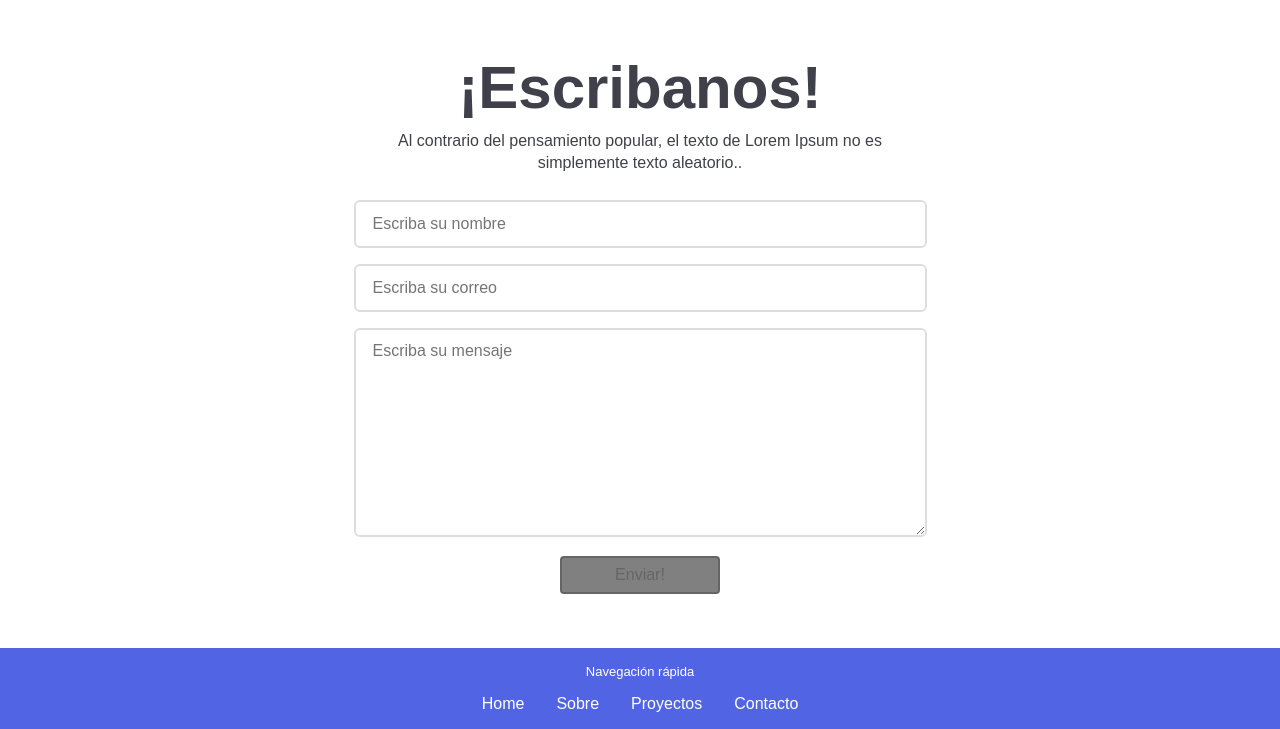
Repository: robsonmarkes/accesibilidad
Page: index.html
The author's editor kept a copy of each file at every save. The page is drawn from the files as they stood at one save, then again after the next save.
The browser window is 1280 px wide. The pictures show the part of the page from y = 1369 to 2098 px (the page is 2098 px tall).
A picture or video elsewhere on the page could not be fetched, so the positions and the page height are approximate.

Above is the page before, as saved 2022-10-11 16:29:42.

### index.html
<!DOCTYPE html>
<html lang="en">
<head>
    <meta charset="UTF-8">
    <meta http-equiv="X-UA-Compatible" content="IE=edge">
    <meta name="viewport" content="width=device-width, initial-scale=1.0">
    <title>Mi empresa portal</title>
    <link rel="stylesheet" href="style.css">
</head>
<body>
    <!-- wrong way -->
    <div class="wrap">
        <div class="header">
            <a href="http://google.com" class="logo">
                <img src="https://www.pngarts.com/files/3/Logo-PNG-Transparent-Image.png" alt="" srcset="">
            </a>
            <ul>
                <li>
                    <a href="#" target="_blank" rel="noopener noreferrer">Home</a>
                </li>
                <li>
                    <a href="#" target="_blank" rel="noopener noreferrer">Proyectos</a>
                </li>
                <li>
                    <a href="#" target="_blank" rel="noopener noreferrer">Contacto</a>
                </li>
            </ul>
        </div>
        <div class="content">
            <div class="article">
                <h1>Bienvenido!</h1>
                <p>
                    Lorem Ipsum es simplemente el texto de relleno de las imprentas y archivos de texto. Lorem Ipsum ha sido el texto de relleno estándar de las industrias desde el año 1500, cuando un impresor (N. del T. persona que se dedica a la imprenta) desconocido usó una galería de textos y los mezcló de tal manera que logró hacer un libro de textos especimen. No sólo sobrevivió 500 años, sino que tambien ingresó como texto de relleno en documentos electrónicos, quedando esencialmente igual al original. Fue popularizado en los 60s con la creación de las hojas "Letraset", las cuales contenian pasajes de Lorem Ipsum, y más recientemente con software de autoedición, como por ejemplo Aldus PageMaker, el cual incluye versiones de Lorem Ipsum.
                </p>
                <div class="buttons">
                    <button class="primary">Empezar!</button>
                    <button class="secondary">Contacto</button>
                </div>
            </div>
            <hr />
            <div class="article">
                <div>
                    <h1>Nuestra empresa</h1>
                    <p>
                        Es un hecho establecido hace demasiado tiempo que un lector se distraerá con el contenido del texto de un sitio mientras que mira su diseño. El punto de usar Lorem Ipsum es que tiene una distribución más o menos normal de las letras, al contrario de usar textos como por ejemplo "Contenido aquí, contenido aquí". Estos textos hacen parecerlo un español que se puede leer. Muchos paquetes de autoedición y editores de páginas web usan el Lorem Ipsum como su texto por defecto, y al hacer una búsqueda de "Lorem Ipsum" va a dar por resultado muchos sitios web que usan este texto si se encuentran en estado de desarrollo. Muchas versiones han evolucionado a través de los años, algunas veces por accidente, otras veces a propósito (por ejemplo insertándole humor y cosas por el estilo).
                    </p>
                </div>
                <img src="https://cdn-dynmedia-1.microsoft.com/is/image/microsoftcorp/O2019-Hero-image-x2:VP1-539x440?resMode=sharp2&op_usm=1.5,0.65,15,0&wid=1920&hei=720&qlt=75&fit=constrain" alt="">
            </div>
            <hr />
            <div class="article">
                <h1>¡Escribanos!</h1>
                <p>
                    Al contrario del pensamiento popular, el texto de Lorem Ipsum no es simplemente texto aleatorio..
                </p>
                <form action="">
                    <fieldset>
                        <legend>En formulário de ejemplo</legend>
                        <div class="form-group">
                            <label for="name">nombre:</label>
                            <input type="text" name="name" id="name" placeholder="Escriba su nombre">
                            <span class="validator hidden" id="validate-name"></span>
                        </div>
                        <div class="form-group">
                            <label for="email">correo:</label>
                            <input type="text" name="email" id="email" placeholder="Escriba su correo">
                            <span class="validator hidden" id="validate-email"></span>
                        </div>
                        <div class="form-group">
                            <label for="message">mensaje:</label>
                            <textarea name="message" id="message" cols="30" rows="10" placeholder="Escriba su mensaje"></textarea>
                            <span class="validator hidden" id="validate-message"></span>
                        </div>
                        <button id="send-message" disabled>Enviar!</button>
                    </fieldset>
                </form>
            </div>
        </div>
        <div class="footer">
            <span>Navegación rápida</span>
            <ul>
                <li>
                    <a href="#" target="_blank" rel="noopener noreferrer">Home</a>
                </li>
                <li>
                    <a href="#" target="_blank" rel="noopener noreferrer">Sobre</a>
                </li>
                <li>
                    <a href="#" target="_blank" rel="noopener noreferrer">Proyectos</a>
                </li>
                <li>
                    <a href="#" target="_blank" rel="noopener noreferrer">Contacto</a>
                </li>
            </ul>
        </div>

        <div class="background-modal close-modal" id="background-modal"></div>
        <div class="modal close-modal" id="modal">
            <span class="close-btn" id="close-btn">x</span>
            <h2 class="title">Estas seguro que quieres enviar?</h2>
            <span class="text">La acción no puede ser deshecha.</span>
            <div class="buttons">
                <button id="close-btn">¡Si!</button>
                <button id="close-btn">¡No!</button>
            </div>
        </div>

    </div>
</body>
<script src="scripts.js"></script>
</html>

### style.css
:root {
    --primary-bg: rgb(81, 101, 228);
    --primary-color: #ffffff;
    --secondary-bg: #ffffff;
    --secondary-color: rgb(64, 64, 74);
    --body-bg: rgb(64, 64, 74);
    --transition-time: 0.2s;
  }

body, * {
    margin: 0;
    padding: 0;
    list-style-type: none;
    text-decoration: none;
    font-family:Arial, Helvetica, sans-serif;
    color: var(--secondary-color);
}

body a:hover {
    color: var(--primary-color);
}

.wrap {
    width: 100%;
    height: auto;
    margin: 0 auto;

}

.wrap .header {
    display: flex;
    align-items: center;
    background-color: var(--primary-bg);
}

.wrap .header  img {
    filter: invert(100%);
    height: 64px;
}

.wrap .header ul {
    display: flex;
}
.wrap .header ul li {
    padding: 1rem;
}
.wrap .header a {
    color: var(--primary-color);
}

.wrap .content {
    width: 100%;
    min-width: 400px;
    margin: 0;
}

.wrap .content hr {
    color: var(--body-bg);
    opacity: 0.2;
}

.wrap .content .article {
    margin: 0 auto;
    padding: 64px 0 48px;
    max-width: 600px;
    line-height: 1.4;
}

.wrap .content .article h1, h2, h3 {
    font-size: 3.75rem;
    padding-bottom: 0.35;
    text-align: center;
}

.wrap .content .article p {
    font-size: 1rem;
    text-align: center;
    padding: 0 1rem 1rem;
}

.wrap .content .article img {
    margin: 0 auto;
    max-width: 100%;
    padding: 1rem;
}

.wrap .content .article .buttons {
    max-width: 220px;
    margin: 0 auto;
    display: flex;
}

.wrap .content .article .buttons button {
    font-size: 1rem;
    padding: 0.5rem 1rem;
    margin: 4px;
    border: 2px solid;
    border-radius: 4px;
    cursor: pointer;
    background-color: transparent;
}

.wrap .content .article .buttons button.primary {
    background-color: var(--primary-color);
    color: var(--primary-bg);
    transition: var(--transition-time) background-color;
}

.wrap .content .article .buttons button.primary:hover {
    background-color: var(--primary-bg);
    color: var(--primary-color);
    border-color: var(--primary-bg);
}

.wrap .content .article .buttons button.secondary {
    background-color: var(--secondary-color);
    color: var(--secondary-bg);
    border-color: var(--secondary-color);
    transition: var(--transition-time) background-color;
}

.wrap .content .article .buttons button.secondary:hover {
    background-color: var(--secondary-bg);
    color: var(--secondary-color);
    border-color: var(--secondary-color);
}

.wrap .content .article form {
    width: 100%;
    margin: 0 auto;
}

.wrap .content .article form fieldset {
    display: flex;
    flex-direction: column;
    align-items: center;
    border-color: transparent;
}

.wrap .content .article form fieldset legend {
    opacity: 0;
    font-size: 0px;
}

.wrap .content .article form .form-group {
    width: 100%;
    display: block;
}

.wrap .content .article form .form-group label {
    opacity: 0;
    font-size: 0px;
}

.wrap .content .article form .form-group input, .wrap .content .article form .form-group textarea {
    font-size: 1rem;
    padding: 0.8rem 1rem;
    margin: 0.5rem;
    border: 2px solid #ddd;
    border-radius: 6px;
    width: 90%;
}

.wrap .content .article form fieldset button {
    font-size: 1rem;
    width: 160px;
    margin: 0 auto;
    padding: 0.5rem 1rem;
    margin: 4px;
    border: 2px solid;
    border-radius: 4px;
    cursor: pointer;
    background-color: var(--primary-color);
    color: var(--primary-bg);
    transition: var(--transition-time) background-color;
}

.wrap .content .article form fieldset button:hover {
    background-color: var(--primary-bg);
    color: var(--primary-color);
    border-color: var(--primary-bg);
}

.wrap .content .article form fieldset button[disabled] {
    background: gray;
    color: rgb(102, 100, 100);
}

.wrap .content .article form fieldset .validator {
    font-size: 0.8rem;
    margin-left: 1rem;
    color: red;
}

.wrap .content .article form fieldset .hidden {
    display: none;
}


.wrap .footer {
    display: flex;
    flex-direction: column;
    align-items: center;
    padding: 1rem;
    background-color: var(--primary-bg);
}

.wrap .footer span {
    color: var(--primary-color);
    font-size: small;
    padding-bottom: 1rem;
}

.wrap .footer  ul {
    display: flex;
}

.wrap .footer  ul li a {
    color: var(--primary-color);
    padding: 1rem;
}

/* modal */

.wrap .background-modal {
    width: 100%;
    height: 100%;
    top: 0;
    left: 0;
    opacity: 0.4;
    position: fixed;
    background-color: black;
    z-index: 2;
}

.wrap .modal {
    width: 600px;
    height: 268px;
    position: fixed;
    top: 12%;
    left: calc((100vw - 600px)/2);
    background-color:#fff;
    z-index: 3;
    margin: 0 auto;
}

.wrap .modal .title, .wrap .modal .text {
    text-align: center;
}

.wrap .modal .title {
    font-size: 2rem;
    padding: 3rem 2rem;
}

.wrap .modal .text {
    display: block;
    font-size: 1.5rem;
    color:rgb(89, 89, 93)
}

.wrap .modal .buttons {
    width: 142px;
    margin: 0 auto;
    display: flex;
}

.wrap .modal .buttons button {
    padding: 0.4rem 1rem;
    margin: 1rem 4px;
    font-size: 1rem;
    border: 2px solid;
    border-radius: 4px;
    cursor: pointer;
    background-color: var(--primary-color);
    color: var(--primary-bg);
    transition: var(--transition-time) background-color;
}

.wrap .modal .buttons button:hover {
    background-color: var(--primary-bg);
    color: var(--primary-color);
    border-color: var(--primary-bg);
}

.wrap .modal .close-btn {
    font-size: 1.2rem;
    position: absolute;
    top: 6px;
    left: calc(600px - 20px);
    cursor: pointer;
    color: var(--secondary-color);
    transition: var(--transition-time) color;
}

.wrap .modal .close-btn:hover {
    color: var(--primary-bg);
}

.close-modal {
    visibility: hidden;
}

### scripts.js
const init = () => {
    const backgroundModal = document.querySelector(`#background-modal`);
    const modal = document.querySelector(`#modal`);
    const sendButton = document.querySelector(`#send-message`);
    const closeBtn = document.querySelectorAll(`#close-btn`);
    const hiddenClass = `close-modal`;

    const form = document.querySelectorAll(`input[type="text"], textarea`);

    const validForm = (input) => {

        const message = document.querySelector(`#validate-${input[`name`]}`);

        const showMessage = (messageText) => {
            message.innerHTML = messageText
            message.classList.contains(`hidden`) ? message.classList.remove(`hidden`) : null;
        };

        const hideMessage = () => {
            message.innerHTML = ``
            !message.classList.contains(`hidden`) ? message.classList.add(`hidden`) : null;
        };

        const validateName = (input) => {
            input.value.length > 2 ? hideMessage() : showMessage(`El campo nome no puede estar vacío`);
            return input.value.length > 2;
        };

        const validateEmail = (input) => {
            const validMail = String(input.value)
            .toLowerCase()
            .match(/^(([^<>()[\]\\.,;:\s@"]+(\.[^<>()[\]\\.,;:\s@"]+)*)|(".+"))@((\[[0-9]{1,3}\.[0-9]{1,3}\.[0-9]{1,3}\.[0-9]{1,3}\])|(([a-zA-Z\-0-9]+\.)+[a-zA-Z]{2,}))$/);
            !validMail ? showMessage(`Correo invalido`) : hideMessage();
            return !validMail ? false : true;
        };

        const validateMessage = (input) => {
            input.value.length < 5 ? showMessage(`Mensaje demasiado corto.`) : hideMessage();
            return input.value.length > 5 ? true : false;
        };

        if(input[`name`] == `name`) {
            validateName(input);
        }

        if(input[`name`] == `email`) {
            validateEmail(input);
        }

        if(input[`name`] == `message`) {
            validateMessage(input)
        }

    }

    const toggleModal = (event) => {
        event.preventDefault();
        if(backgroundModal.classList.contains(hiddenClass) && modal.classList.contains(hiddenClass)) {
            backgroundModal.classList.remove(hiddenClass);
            modal.classList.remove(hiddenClass);
        } else {
            backgroundModal.classList.add(hiddenClass);
            modal.classList.add(hiddenClass)
        }
    };

    form.forEach(input => {
        input.addEventListener(`keyup`, _ => {
            validForm(input);
        });
    });

    sendButton.addEventListener(`click`, toggleModal);
    closeBtn.forEach(btn => btn.addEventListener(`click`, toggleModal));


};

document.addEventListener(`DOMContentLoaded`, init);

After the next save:
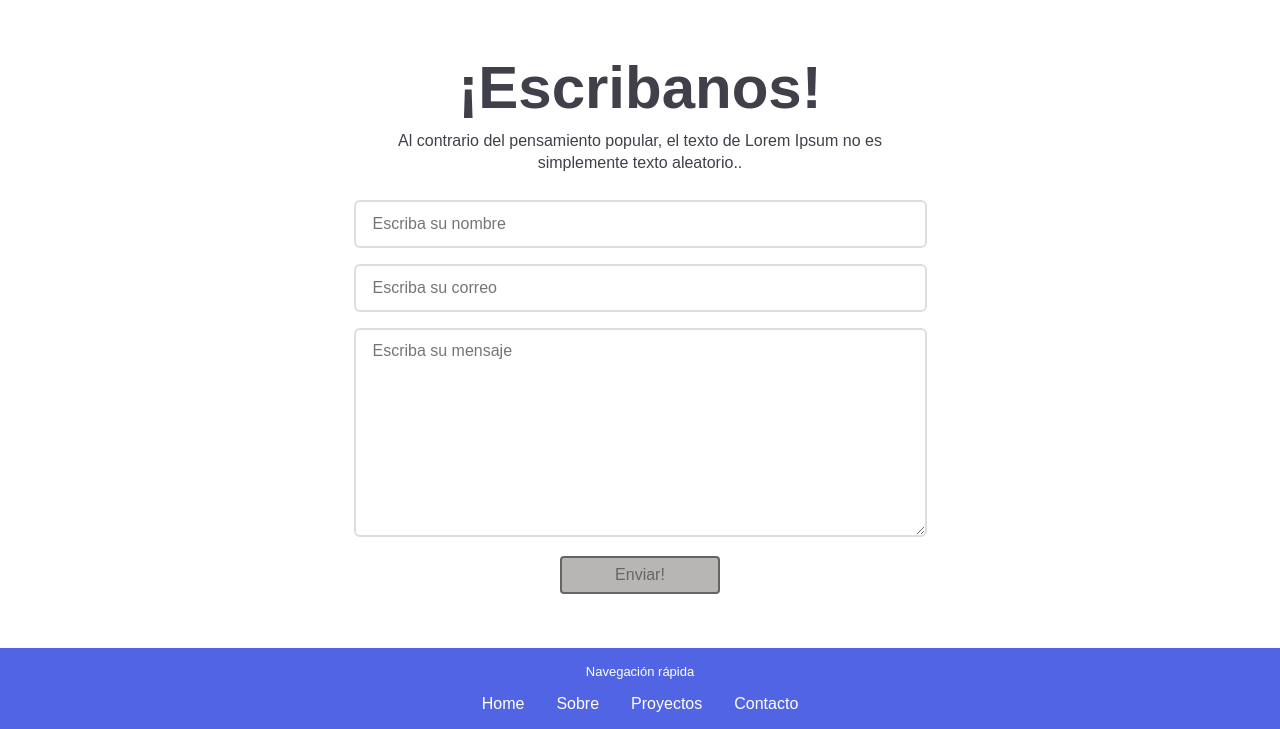
Saved 12 s later.
--- a/style.css
+++ b/style.css
@@ -182,7 +182,7 @@ body a:hover {
 }
 
 .wrap .content .article form fieldset button[disabled] {
-    background: gray;
+    background: rgb(184, 181, 181);
     color: rgb(102, 100, 100);
 }
 
